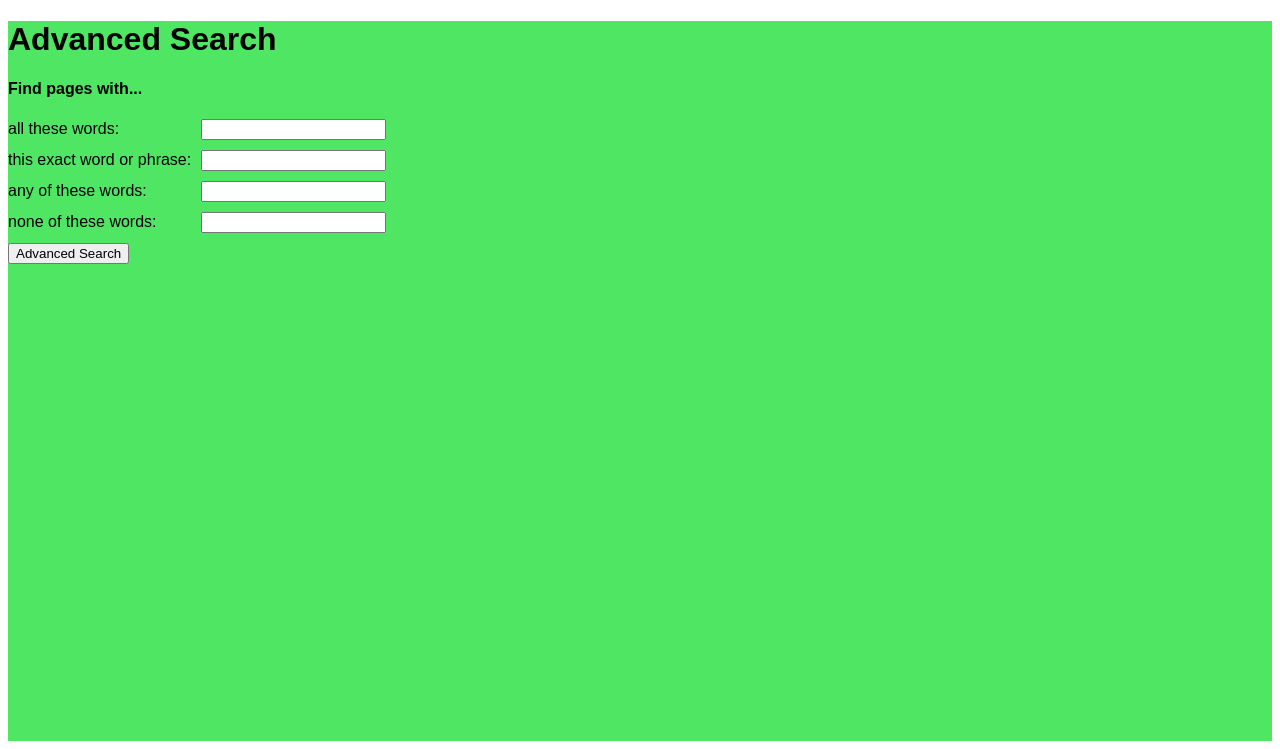
Repository: etentuk/search
Page: advanced_search.html
These files come from the project's save history. The page is drawn as it stood at one moment and after the next save; the edit follows.
The browser window is 1280 px wide. The pictures show the whole page.

Above is the page before, as saved 2021-11-04 23:04:28.

### advanced_search.html
<!DOCTYPE html>
<html lang="en">

<head>
    <title>Advanced Search</title>
    <link rel="stylesheet" href="styles.css">
</head>

<body>

    <div id="container">
        <div id="title">
            <h1>Advanced Search</h1>
        </div>
        <h4>Find pages with...</h4>
        <form action="https://google.com/search" class="form-example">
            <div style="display: table-row;">
                <div class="form-example">
                    <label for="as_q">all these words: </label>
                    <input type="text" id="as_q" name="as_q">
                </div>
                <div class="form-example">
                    <label for="as_epq">this exact word or phrase: </label>
                    <input type="text" id="as_epq" name="as_epq">
                </div>
                <div class="form-example">
                    <label for="as_oq">any of these words: </label>
                    <input type="text" id="as_oq" name="as_oq">
                </div>
                <div class="form-example">
                    <label for="as_eq">none of these words: </label>
                    <input type="text" id="as_eq" name="as_eq">
                </div>
            </div>
            <input type="submit" value="Advanced Search">
        </form>
    </div>
</body>

</html>

### styles.css
* {
    ma
}

form.form-example {
  display: table;
}

div.form-example {
  display: table-row;
}

label,
input {
  display: table-cell;
  margin-bottom: 10px;
}

label {
  padding-right: 10px;
}

#title {
  border-width: 10px;
}

#container {
  font-family: Arial, Helvetica, sans-serif;
  background-color: rgb(78, 230, 98);
  height: 100vh;
  /* padding: 60px; */
}

After the next save:
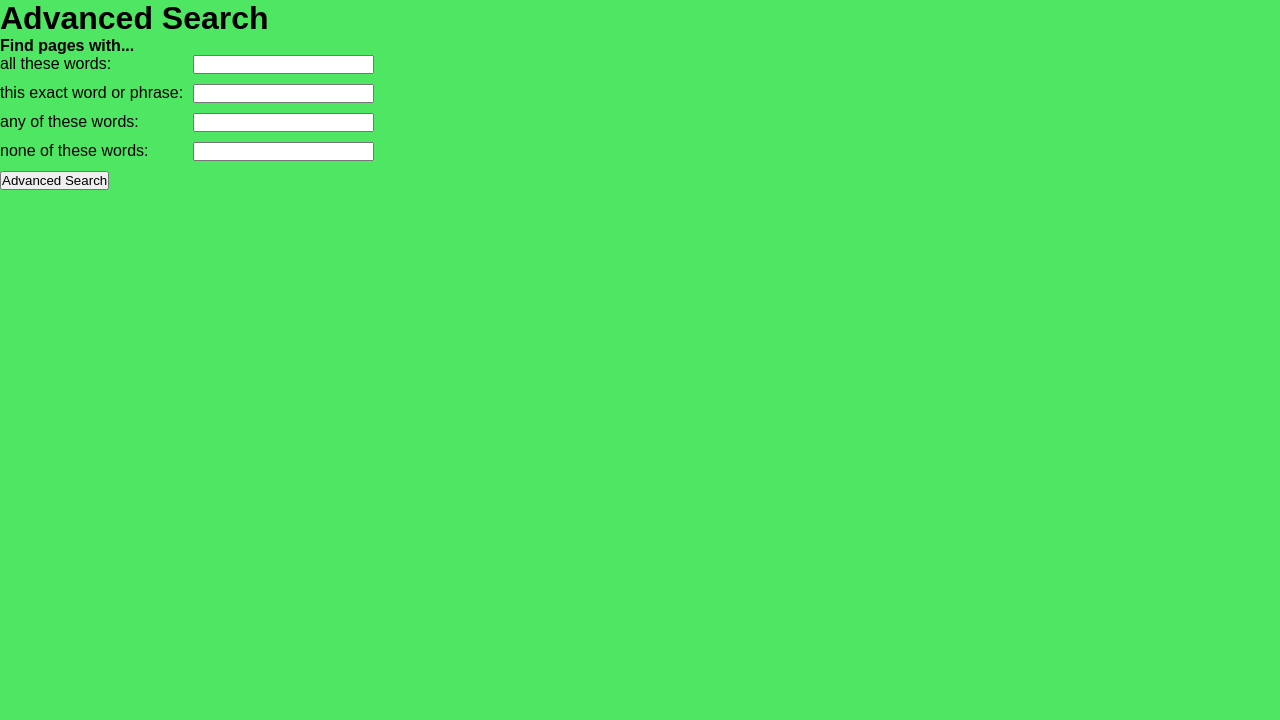
Saved 13 s later.
--- a/styles.css
+++ b/styles.css
@@ -1,5 +1,7 @@
 * {
-    ma
+  margin: 0;
+  padding: 0;
+  box-sizing: border-box;
 }
 
 form.form-example {
